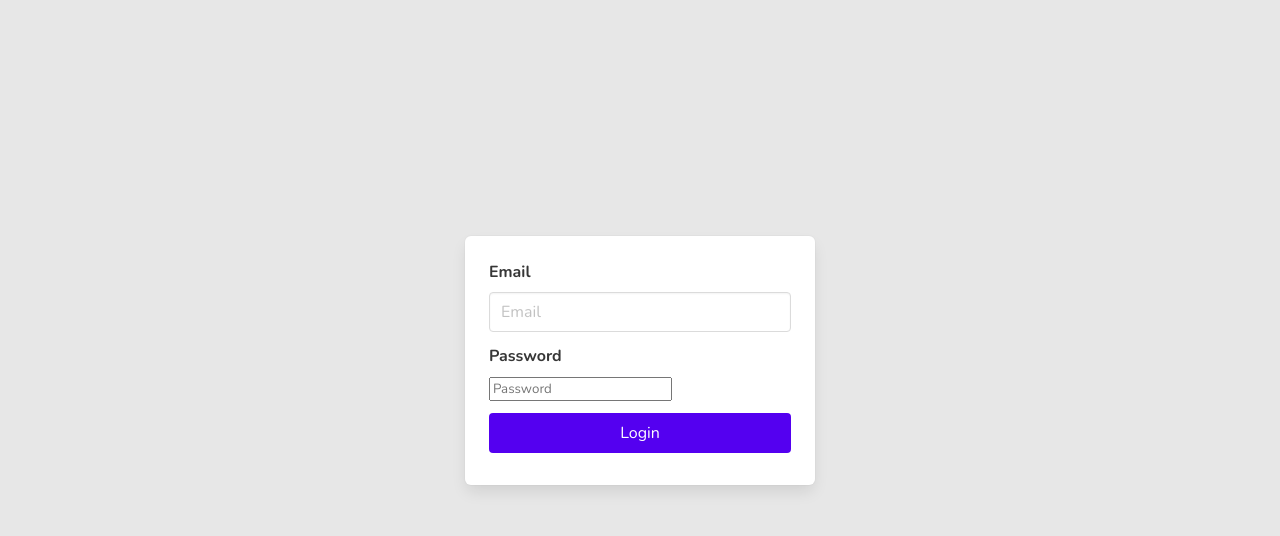
Repository: DraxZh/sneaker_shopping
Page: /login
An editor plug-in stored every save of this project. The page is shown before and after the next save, followed by the edit.
The browser window is 1280 px wide. The pictures show the whole page.
The project was rebuilt for these pictures with package versions that can differ from the ones it lists, and the page was loaded fresh each time. Also part of the build but not shown: src/components/Header.js, src/components/Products.js, src/components/App.js, src/components/NotFound.js.

Above is the page before, as saved 2021-12-01 17:47:15.

After the next save:
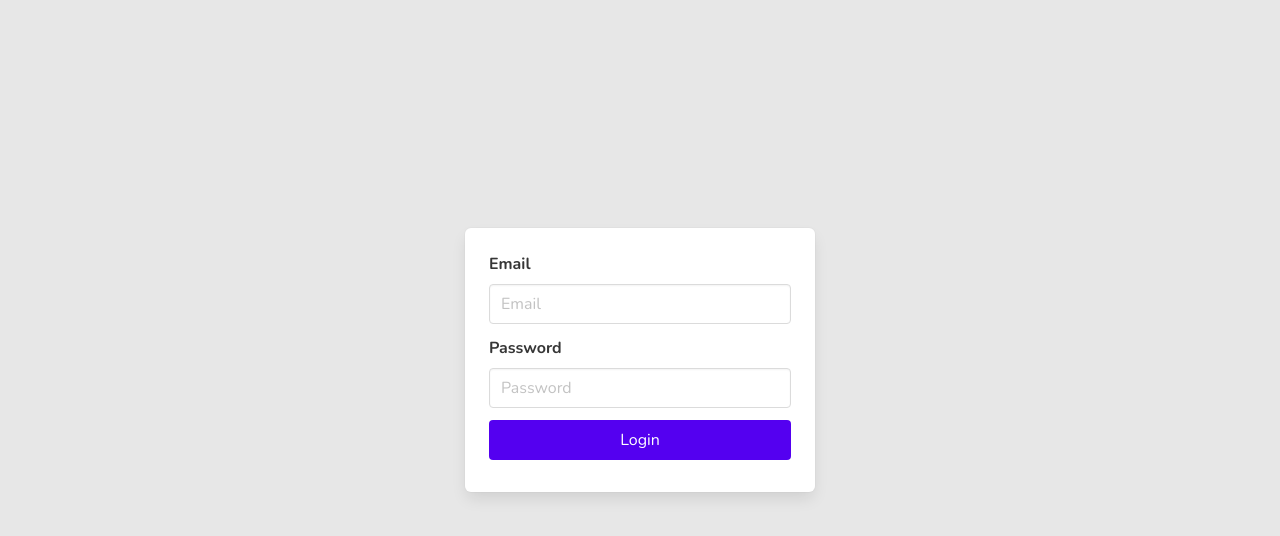
Saved 44 s later.
--- a/src/components/Login.js
+++ b/src/components/Login.js
@@ -37,7 +37,7 @@
                 <div className="field">
                     <label className="label">Password</label>
                     <div className="control">
-                        <input className="password" type="text" placeholder="Password" name="password" value={this.state.email} onChange={this.handleChange}/>
+                        <input className="input" type="password" placeholder="Password" name="password" value={this.state.email} onChange={this.handleChange}/>
                     </div>
                 </div>
                 <div className="control">
